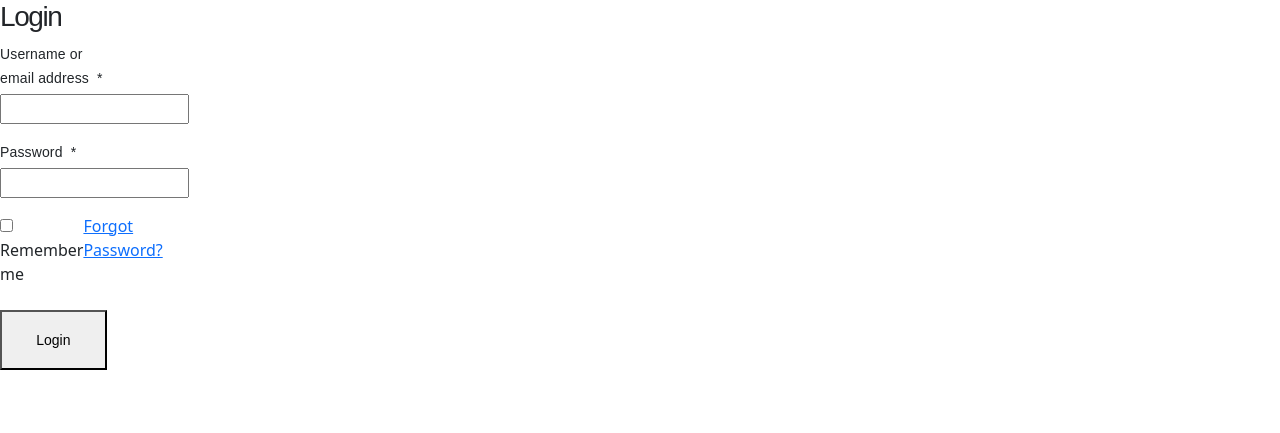
Repository: NguyenDo13/BE2-NhomH
Page: module-20,21/index.html
These files come from the project's save history. The page is drawn as it stood at one moment and after the next save; the edit follows.
The browser window is 1280 px wide. The pictures show the whole page.

Above is the page before, as saved 2022-05-21 07:26:58.

After the next save:
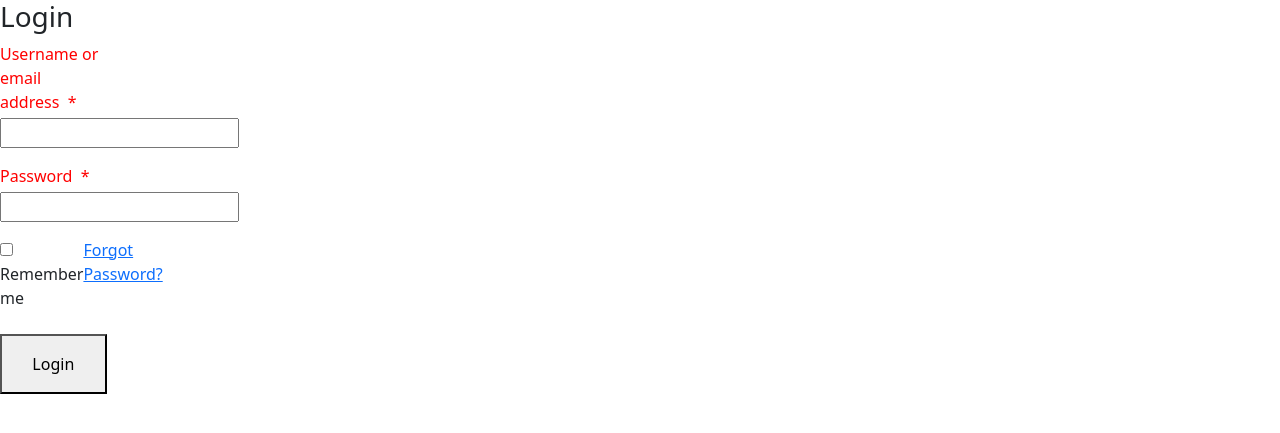
Saved 35 s later.
--- a/module-20,21/index/public/css/style.css
+++ b/module-20,21/index/public/css/style.css
@@ -1,113 +1,3 @@
-   /*Module 20 21 Tai Em*/
-
-   h3 {
-       font: var(--porto-h3-fst, normal) 700 var(--porto-h3-fs, 1.8em)/var(--porto-h3-lh, 32px) "Poppins", sans-serif;
-       color: var(--porto-h3-color, #222529);
-       letter-spacing: var(--porto-h3-ls, -0.05em);
-       margin-bottom: 20px;
-   }
-
-   body {
-       margin: 0;
-       font-family: Poppins, sans-serif;
-       font-size: 0.875rem;
-       font-weight: 400;
-       line-height: 24px;
-       color: #777;
-       background-color: #fff;
-       -webkit-text-size-adjust: 100%;
-       -webkit-tap-highlight-color: rgba(0, 0, 0, 0);
-   }
-
-   .containerrr {
-       width: 100%;
-       padding-right: var(--bs-gutter-x, 10px);
-       padding-left: var(--bs-gutter-x, 10px);
-       margin-right: auto;
-       margin-left: auto;
-       max-width: none;
-   }
-
-   .row {
-       --bs-gutter-x: 20px;
-       --bs-gutter-y: 0;
-       display: flex;
-       flex-wrap: wrap;
-       margin-top: calc(var(--bs-gutter-y) * -1);
-       margin-right: calc(var(--bs-gutter-x) / -2);
-       margin-left: calc(var(--bs-gutter-x) / -2);
-   }
-
-   .maincontent {
-       padding-top: 35px;
-       padding-bottom: 40px;
-   }
-
-   .content {}
-
-   .align-left {
-       text-align: left;
-   }
-
-   form {
-       display: block;
-       margin-top: 0em;
-   }
-
-   .textcontent {
-       font-size: 22px;
-       font-weight: 700;
-       letter-spacing: -0.01em;
-   }
-
-   .form-row:not(.row) {
-       display: block;
-       margin-left: 0;
-       margin-right: 0;
-   }
-
-   .form-row-wide {
-       width: 100%;
-   }
-
-   .form-row {
-       margin-bottom: 15px;
-       vertical-align: top;
-   }
-
-   .form-row {
-       display: flex;
-       flex-wrap: wrap;
-       margin-right: -5px;
-       margin-left: -5px;
-   }
-
-   p,
-   .porto-u-sub-heading {
-       font-family: Poppins, sans-serif;
-       font-weight: 400;
-       font-size: 14px;
-       line-height: 24px;
-       letter-spacing: .14px;
-   }
-
-   p {
-       margin: 0 0 1.25rem;
-   }
-
-   p {
-       margin-top: 0;
-       margin-bottom: 1rem;
-   }
-
-   .form-row label {
-       display: block;
-   }
-
-   .font-weight-medium {
-       font-weight: 500;
-   }
-
-   .form-row>* {
-       max-width: 100%;
-   }
+.titleinput-login {
+    color: red;
+}
